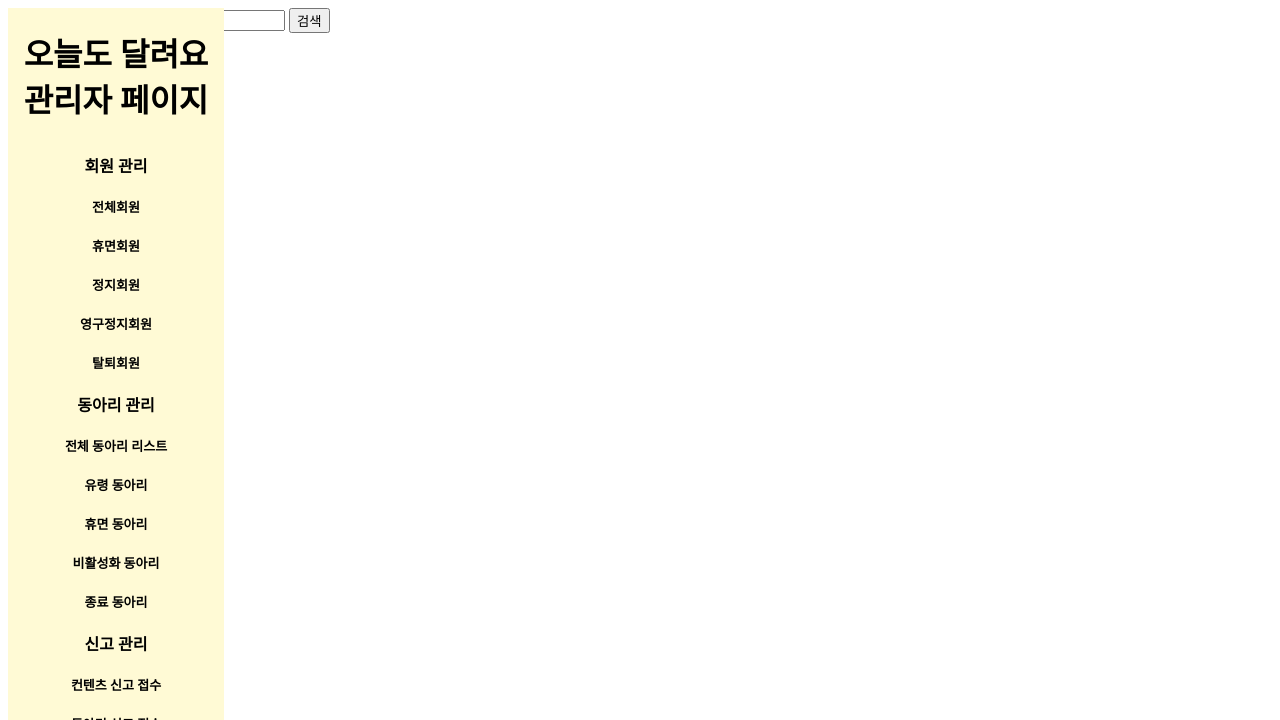
Repository: hyodii/FinalProject
Page: http://localhost/ViewPage/adminPageSideTab.jsp
An editor plug-in stored every save of this project. The page is shown before and after the next save, followed by the edit.
The browser window is 1280 px wide. The pictures show the whole page.
The page is served by Tomcat 9.

Above is the page before, as saved 2021-12-05 13:53:47.

After the next save:
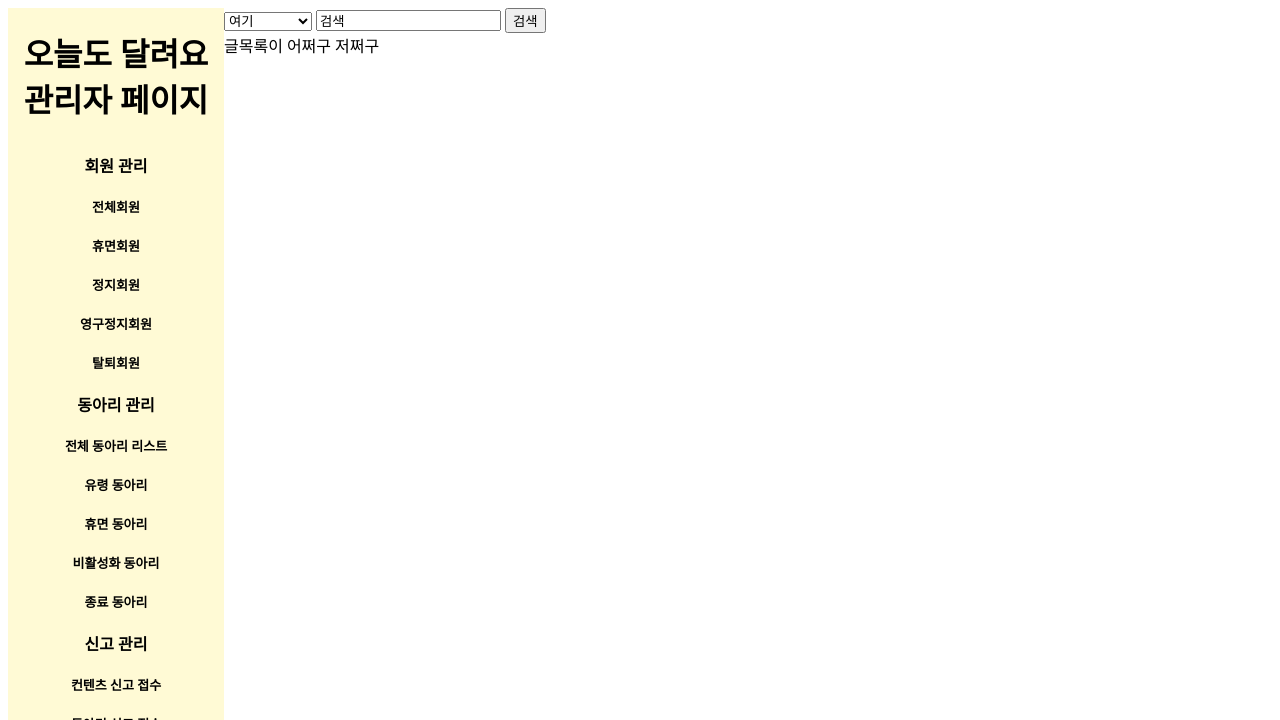
Saved 50 s later.
--- a/ViewPage/WebContent/adminPageSideTab.jsp
+++ b/ViewPage/WebContent/adminPageSideTab.jsp
@@ -43,11 +43,21 @@
 	color: #fff;
 }
 
+
+.adminsearch
+{
+	margin-left: 30vh;
+}
+
+
 /* 나중에 여기에 내용 적을 때 적용 css */
 .cd1
 {
 	margin-left: 30vh;
 }
+
+
+
 </style>
 
 </head>
@@ -117,7 +127,7 @@
 	</ul>
 </div>
 
-<div>
+<div class="adminsearch">
 	<div class="search">
 	         <form action ="" name="searchForm" method="post">
 	            <select name="searchKey" class="selectField">

After the save that followed:
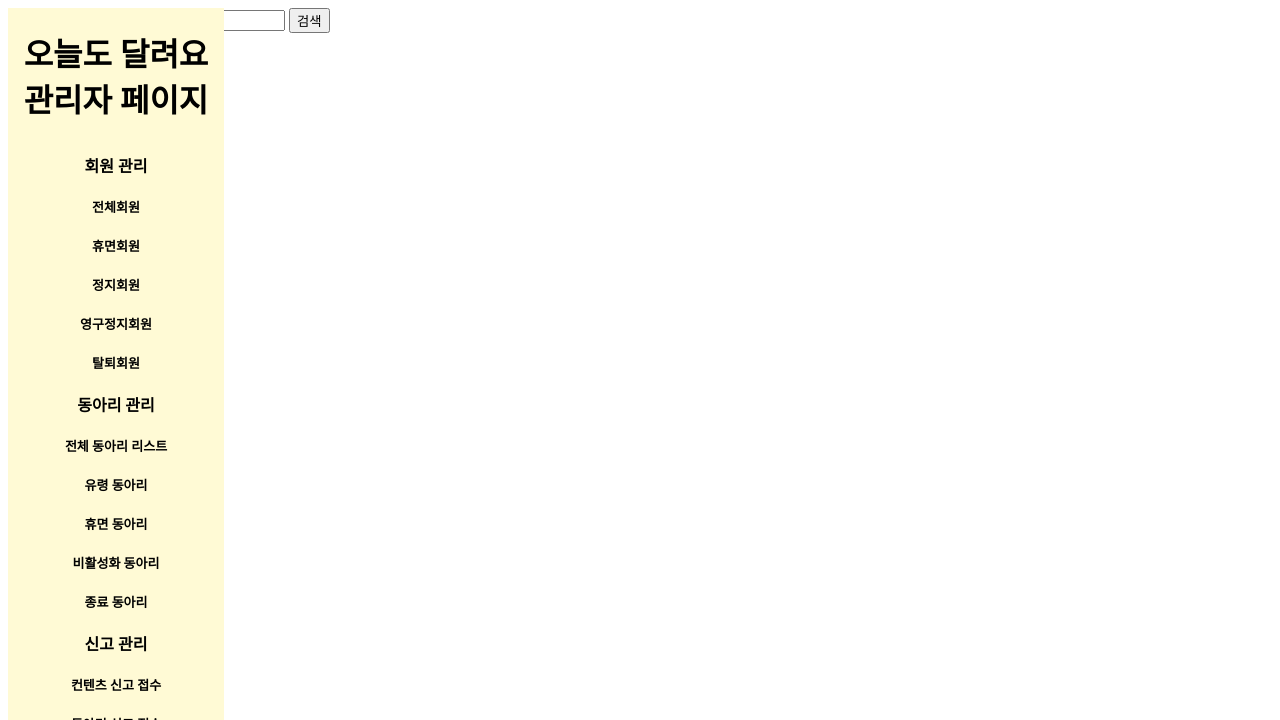
Saved 12 s later.
--- a/ViewPage/WebContent/adminPageSideTab.jsp
+++ b/ViewPage/WebContent/adminPageSideTab.jsp
@@ -46,7 +46,7 @@
 
 .adminsearch
 {
-	margin-left: 30vh;
+	margin-right: 30vh;
 }
 
 
